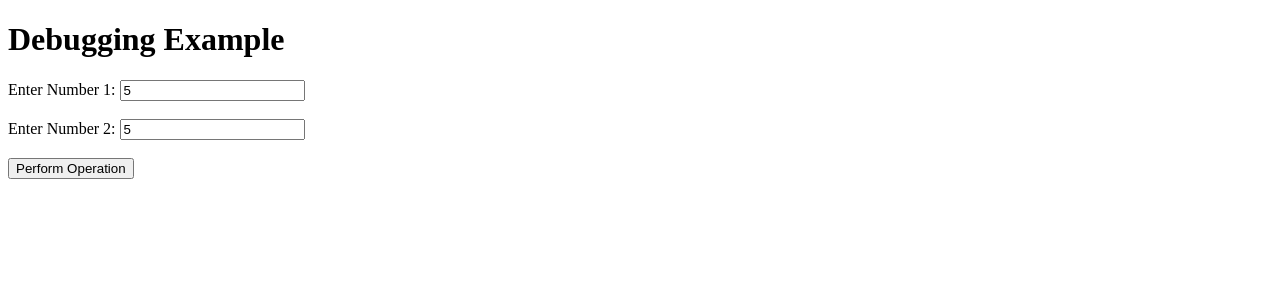
Repository: Huijiacute/JavaScriptEssential
Page: Module2/DebugCode/debug_code.html
An editor plug-in stored every save of this project. The page is shown before and after a run of saves, followed by the edit.
The browser window is 1280 px wide. The pictures show the whole page.
Empty fields were first filled with sample values (such as "Sample", 5 or name@example.com).
After loading, the first visible `button` was clicked once.

Above is the page before, as saved 2026-03-08 06:45:13.
Console error: SyntaxError: Identifier 'performOperation' has already been declared

### Module2/DebugCode/debug_code.html
<!DOCTYPE html>
<html lang="en">

<head>
    <meta charset="UTF-8">
    <title>Debugging Example</title>
</head>

<body>
    <h1>Debugging Example</h1>

    <label for="input1">Enter Number 1:</label>
    <input type="number" id="input1"><br><br>

    <label for="input2">Enter Number 2:</label>
    <input type="number" id="input2"><br><br>

    <button onclick="performOperation()">Perform Operation</button>

    <p id="result"></p>
    <script src="debug_code.js"></script>
</body>

</html>

### Module2/DebugCode/debug_code.js
const performOperation = () => {
  const multiply = (a, b) => {
    // Introduce a debugger statement to pause execution
    debugger;
    return a * b;
  }

  const displayResult = (result) => {
    // Display the result in the paragraph element
    const resultElement = document.getElementById('result');
    resultElement.textContent = `The result is: ${result}`;
  }

  //Get user input from input fields
  let num1 = parseInt(document.getElementById('input1').value)
  let num2 = parseInt(document.getElementById('input2').value)

  // Check if inputs are valid numbers
  if (!isNaN(num1) && !isNaN(num2)) {
    let result = multiply(num1, num2);
    displayResult(result);
  } else {
    displayResult('Please enter valid numbers')
  }
}


function performOperation() {
// Get user input from input fields
let num1 = parseInt(document.getElementById('input1').value);
let num2 = parseInt(document.getElementById('input2').value);
// Check if inputs are valid numbers
if (!isNaN(num1) && !isNaN(num2)) {
// Perform the operation
        let result = multiply(num1, num2);

        // Display the result
        displayResult(result);
      } else {
        displayResult('Please enter valid numbers');
      }
    }

    function multiply(a, b) {
      // Introduce a debugger statement to pause execution
      debugger;

      // Multiply the numbers
      return a * b;
    }

    function displayResult(result) {
      // Display the result in the paragraph element
      const resultElement = document.getElementById('result');
      resultElement.textContent = `The result is: ${result}`;
    }

After the next 2 saves:
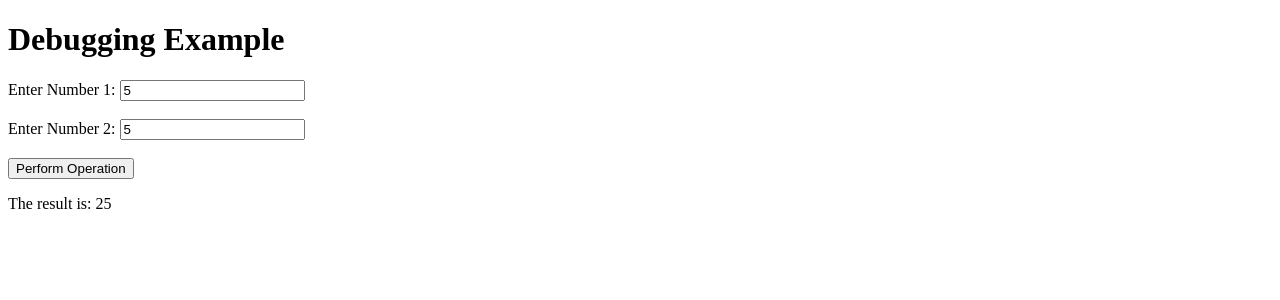
The error is gone.
The 2 saves are shown as one change because they came seconds apart.
The last was saved 11 s later.
--- a/Module2/DebugCode/debug_code.js
+++ b/Module2/DebugCode/debug_code.js
@@ -1,29 +1,28 @@
-const performOperation = () => {
-  const multiply = (a, b) => {
-    // Introduce a debugger statement to pause execution
-    debugger;
-    return a * b;
-  }
+// const performOperation = () => {
+//   const multiply = (a, b) => {
+//     // Introduce a debugger statement to pause execution
+//     debugger;
+//     return a * b;
+//   }
 
-  const displayResult = (result) => {
-    // Display the result in the paragraph element
-    const resultElement = document.getElementById('result');
-    resultElement.textContent = `The result is: ${result}`;
-  }
+//   const displayResult = (result) => {
+//     // Display the result in the paragraph element
+//     const resultElement = document.getElementById('result');
+//     resultElement.textContent = `The result is: ${result}`;
+//   }
 
-  //Get user input from input fields
-  let num1 = parseInt(document.getElementById('input1').value)
-  let num2 = parseInt(document.getElementById('input2').value)
+//   //Get user input from input fields
+//   let num1 = parseInt(document.getElementById('input1').value)
+//   let num2 = parseInt(document.getElementById('input2').value)
 
-  // Check if inputs are valid numbers
-  if (!isNaN(num1) && !isNaN(num2)) {
-    let result = multiply(num1, num2);
-    displayResult(result);
-  } else {
-    displayResult('Please enter valid numbers')
-  }
-}
-
+//   // Check if inputs are valid numbers
+//   if (!isNaN(num1) && !isNaN(num2)) {
+//     let result = multiply(num1, num2);
+//     displayResult(result);
+//   } else {
+//     displayResult('Please enter valid numbers')
+//   }
+// }
 
 function performOperation() {
 // Get user input from input fields
